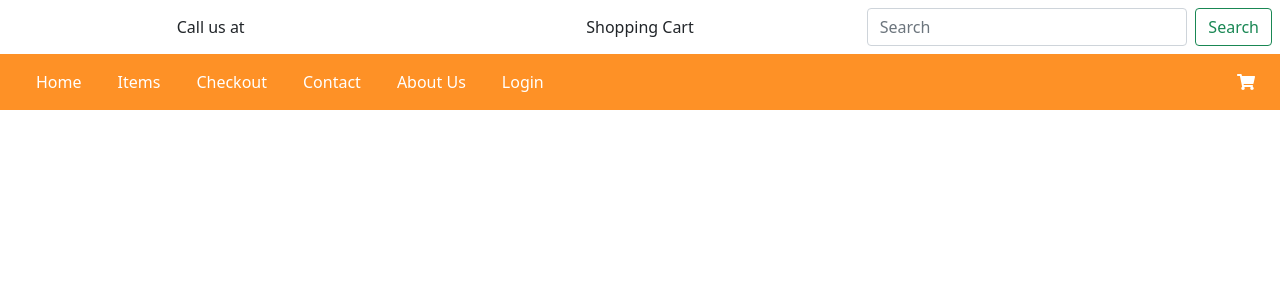
Repository: SaudCh/React-Ecommerce
Page: /login
The author's editor kept a copy of each file at every save. The page is drawn from the files as they stood at one save, then again after the next save.
The browser window is 1280 px wide. The page is 1284 px wide, so the pictures cover 1284 px, including what lies to the right of the window. The pictures show the whole page.
The project was rebuilt for these pictures with package versions that can differ from the ones it lists, and the page was loaded fresh each time. Also part of the build but not shown: src/App.css.

Above is the page before, as saved 2021-12-05 12:40:21.

After the next save:
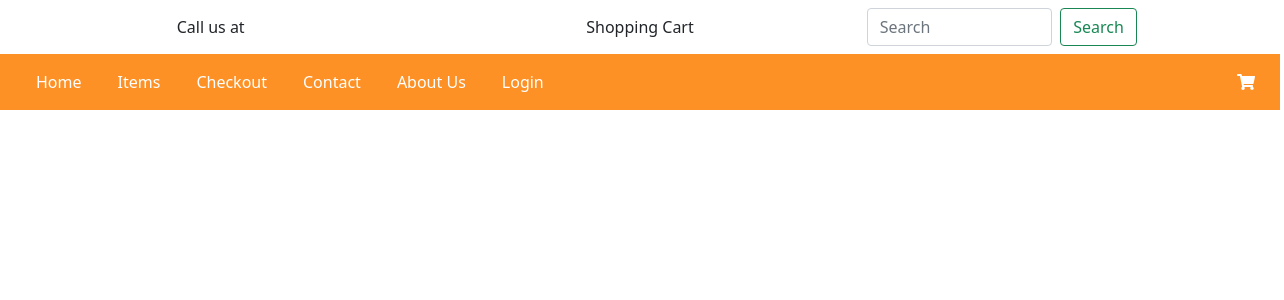
Saved 10 s later.
--- a/src/Header/Header.jsx
+++ b/src/Header/Header.jsx
@@ -16,7 +16,7 @@
             <p className="m-0">Shopping Cart</p>
           </div>
           <div className="col-12 col-md-4 text-center">
-            <form class="d-flex">
+            <form class="d-flex col-8">
               <input
                 class="form-control me-2"
                 type="search"

After the save that followed:
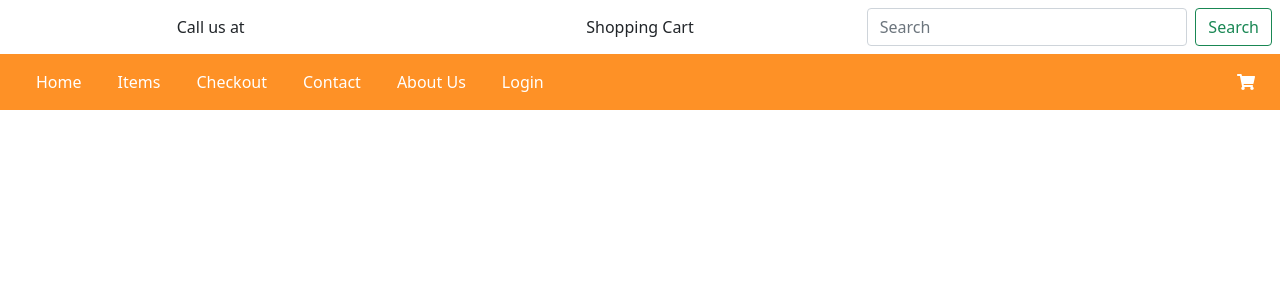
Saved 22 s later.
--- a/src/Header/Header.jsx
+++ b/src/Header/Header.jsx
@@ -16,7 +16,7 @@
             <p className="m-0">Shopping Cart</p>
           </div>
           <div className="col-12 col-md-4 text-center">
-            <form class="d-flex col-8">
+            <form class="d-flex col-12">
               <input
                 class="form-control me-2"
                 type="search"
